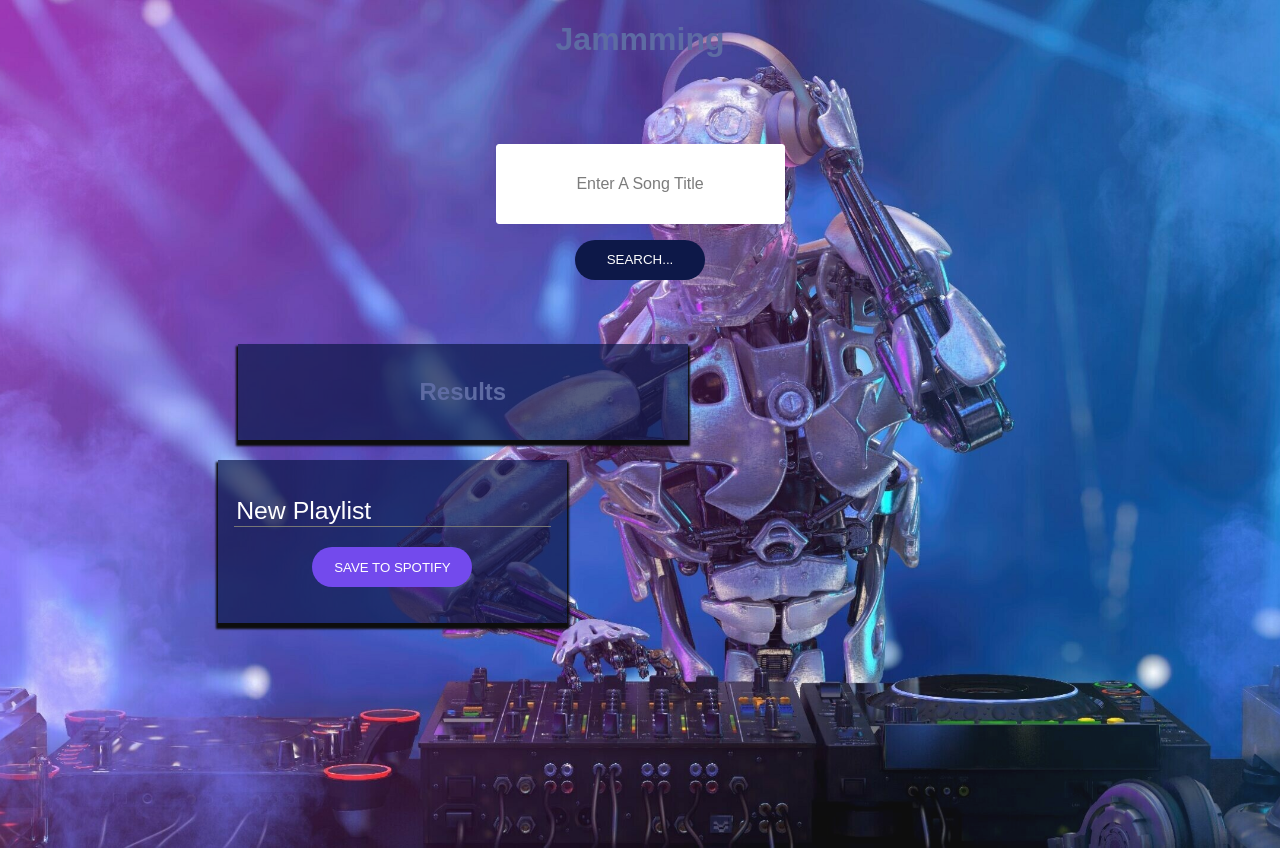
Repository: LolaSL/jamming
Page: /
These files come from the project's save history. The page is drawn as it stood at one moment and after a run of saves; the edit follows.
The browser window is 1280 px wide. The pictures show the whole page.
The project was rebuilt for these pictures with package versions that can differ from the ones it lists, and the page was loaded fresh each time. Also part of the build but not shown: src/components/Track/Track.css, src/components/Track/Track.jsx.

Above is the page before, as saved 2023-06-22 18:35:22.

After the next 4 saves:
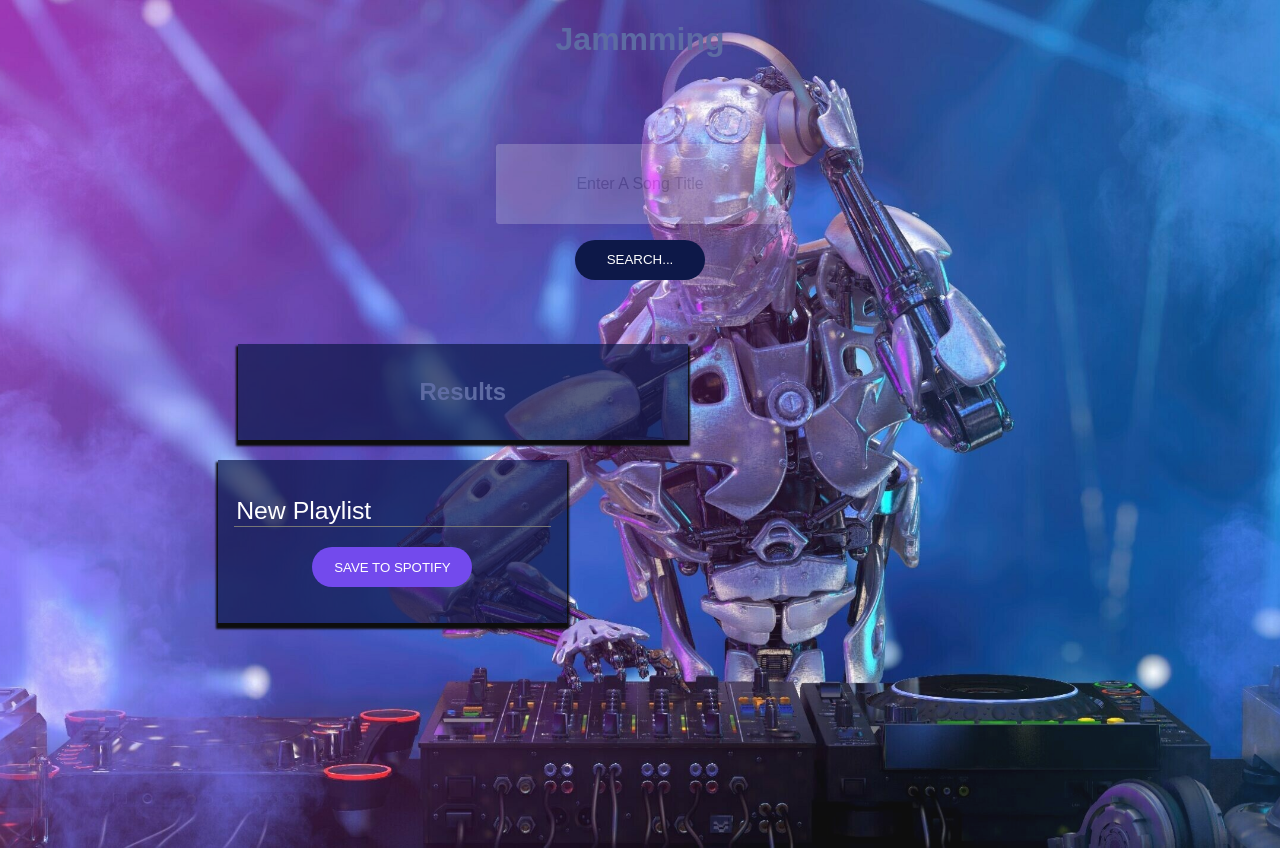
The 4 saves are shown as one change because they came seconds apart.
The last was saved 42 s later.
--- a/src/components/SearchBar/SearchBar.css
+++ b/src/components/SearchBar/SearchBar.css
@@ -16,6 +16,7 @@
     color: #010c3f;
     text-align: center;
     font-size: 1rem;
+    opacity: 0.2;
   }
 
   .SearchBar input:focus {
